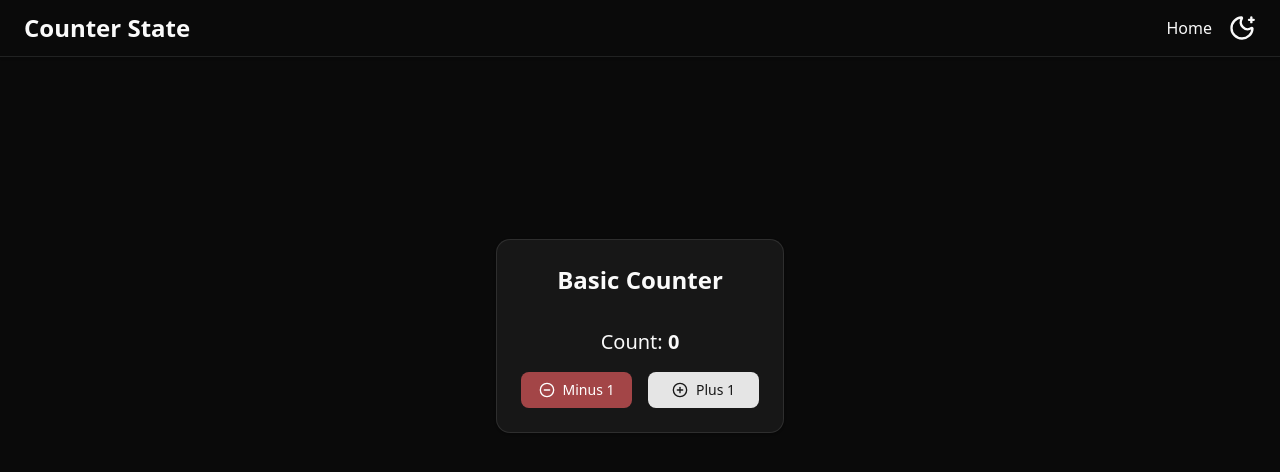
Repository: dev-piyushsarkar/counter-state-project
Page: /
An editor plug-in stored every save of this project. The page is shown before and after the next save, followed by the edit.
The browser window is 1280 px wide. The pictures show the whole page.
The project was rebuilt for these pictures with package versions that can differ from the ones it lists, and the page was loaded fresh each time. The framework's server and built-in components were replaced by stand-ins that run in the browser. Also part of the build but not shown: next.config.ts.

Above is the page before, as saved 2025-11-15 13:55:56.

After the next save:
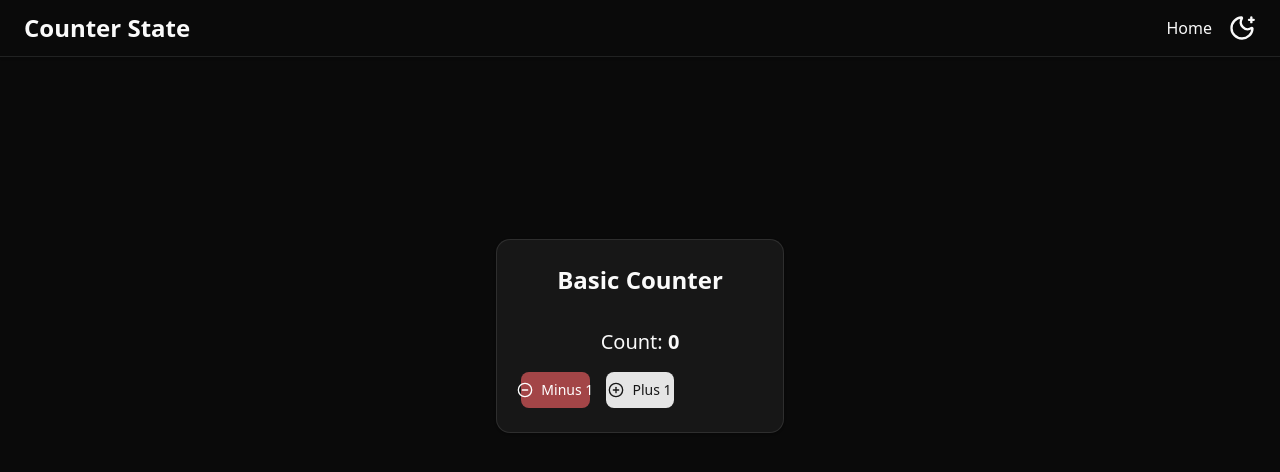
Saved 2 min 11 s later.
--- a/src/app/page.tsx
+++ b/src/app/page.tsx
@@ -26,7 +26,7 @@
 					<div className="text-center text-xl">
 						Count: <span className="font-bold">0</span>
 					</div>
-					<div className="grid grid-cols-2 gap-4">
+					<div className="grid grid-cols-3 gap-4">
 						<Button variant={"destructive"}>
 							<MinusCircle /> Minus 1
 						</Button>

After the save that followed:
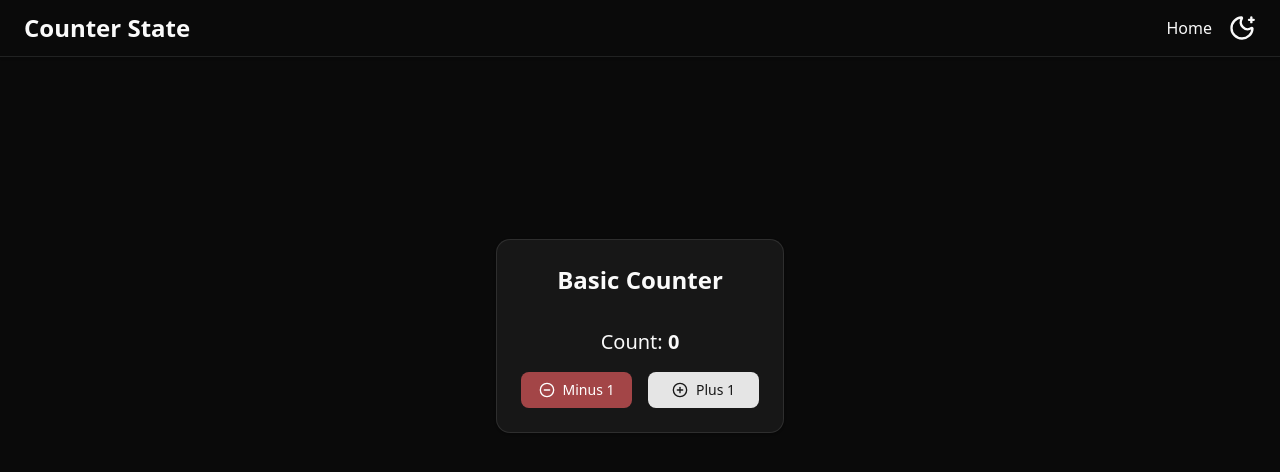
Saved 5 s later.
--- a/src/app/page.tsx
+++ b/src/app/page.tsx
@@ -26,7 +26,7 @@
 					<div className="text-center text-xl">
 						Count: <span className="font-bold">0</span>
 					</div>
-					<div className="grid grid-cols-3 gap-4">
+					<div className="grid grid-cols-2 gap-4">
 						<Button variant={"destructive"}>
 							<MinusCircle /> Minus 1
 						</Button>
